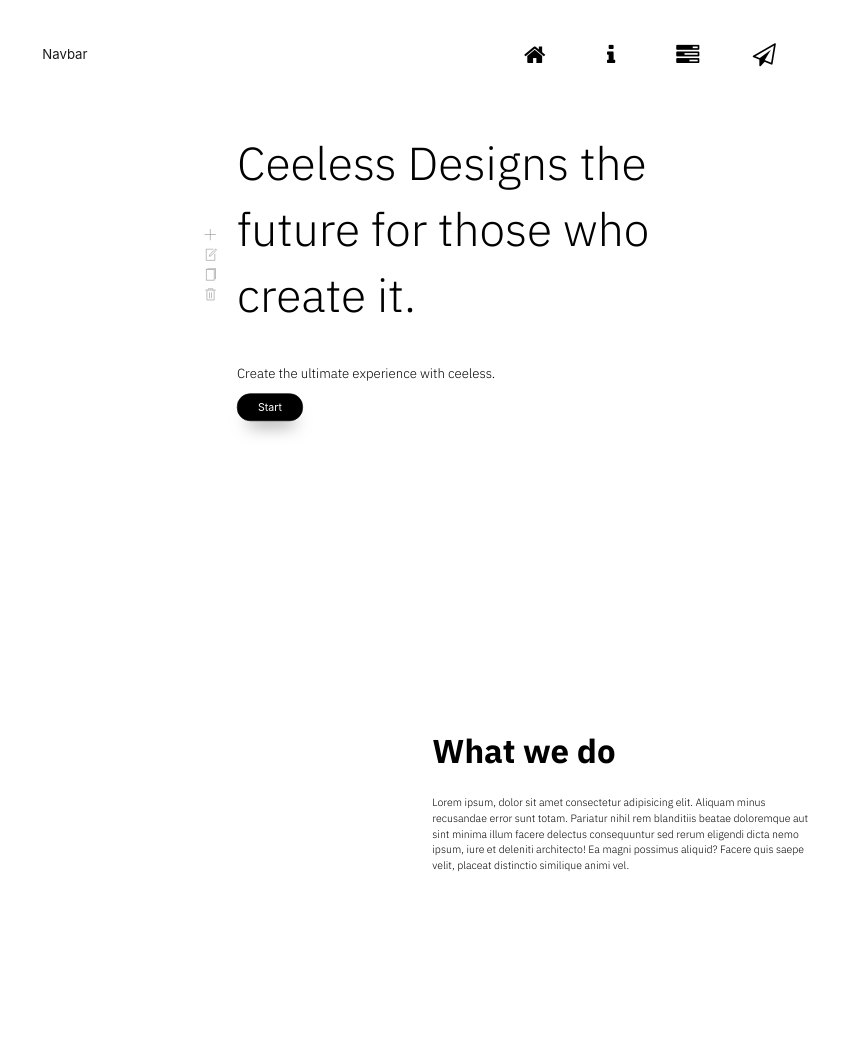
Repository: latenightsnacc/ceeless
Page: index.html
The author's editor kept a copy of each file at every save. The page is drawn from the files as they stood at one save, then again after the next save.
The browser window is 1280 px wide. The pictures show the whole page, at 66% of full size.
Some web libraries are served in a nearby version. The style sheet was rebuilt from its Sass, Less or Tailwind sources for each picture, by a compiler version that may differ from the author's.

Above is the page before, as saved 2020-06-12 14:30:23.

After the next save:
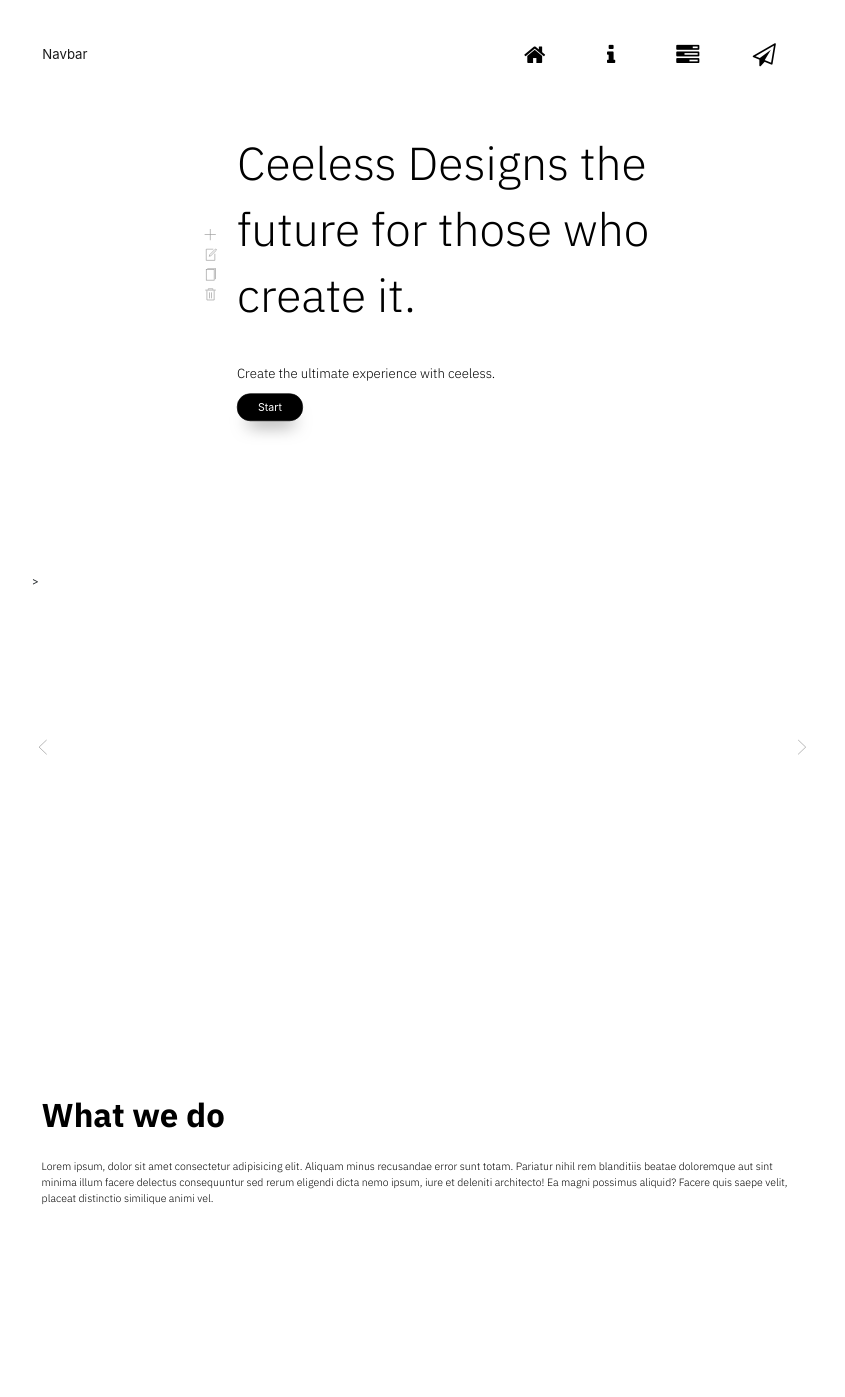
Saved 25 s later.
--- a/index.html
+++ b/index.html
@@ -81,7 +81,7 @@
             <div class="row">
                 <!--Slider-->
                 <div class="col">
-                    <div class="uk-position-relative uk-visible-toggle uk-light" tabindex="-1" >
+                    <div class="uk-position-relative uk-visible-toggle uk-light" tabindex="-1" uk-slideshow="min-height: 700; max-height: 1200" ></div>>
 
                         <ul class="uk-slideshow-items" uk-height-viewport="offset-top: true; offset-bottom: 30">
                             <li>
